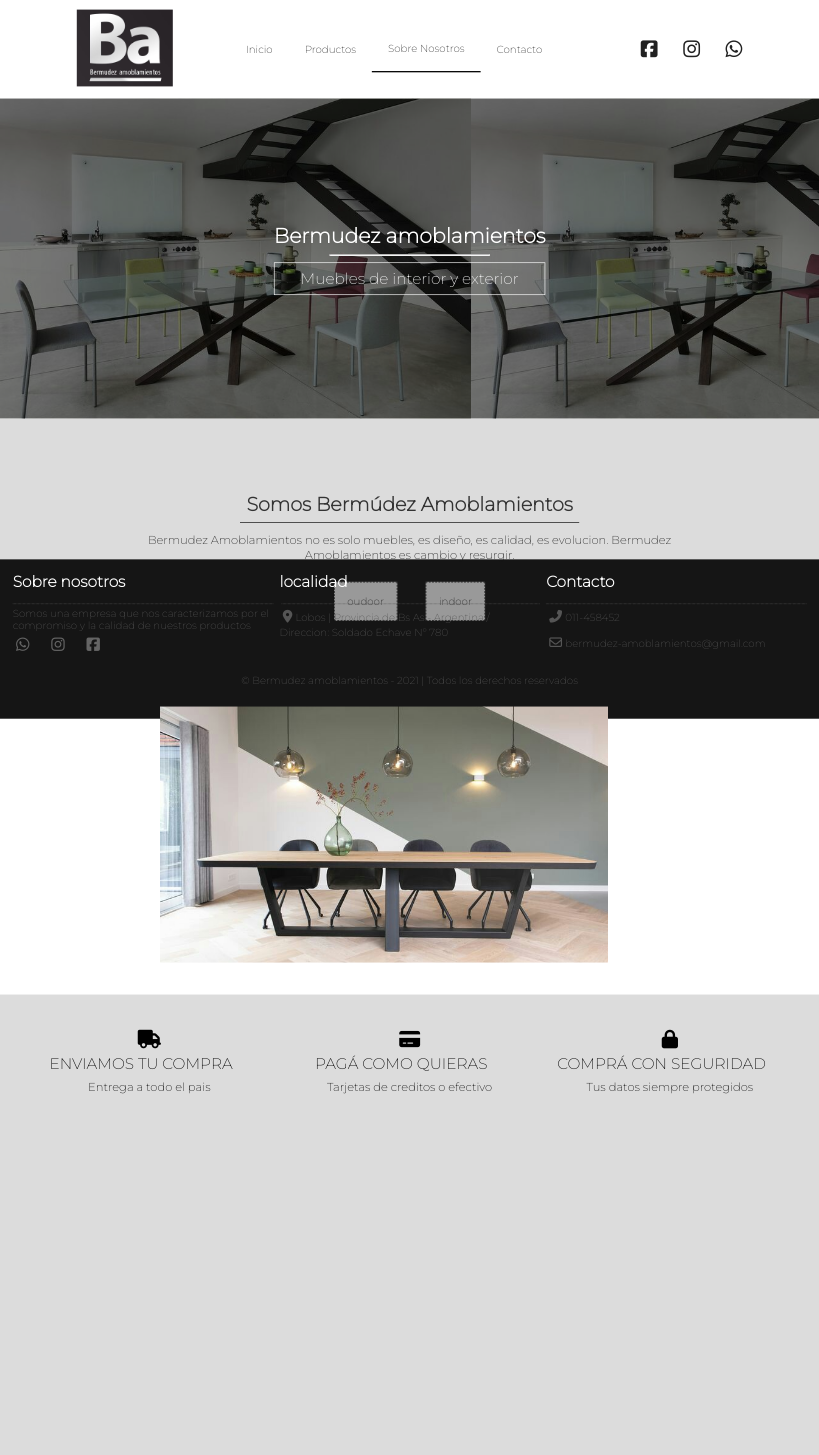
Repository: DamianBermudez94/Bermudez-amoblamientos
Page: index.html
These files come from the project's save history. The page is drawn as it stood at one moment and after the next save; the edit follows.
The browser window is 1280 px wide. The pictures show the whole page, at 64% of full size.
Some web libraries are served in a nearby version.

Above is the page before, as saved 2022-09-22 19:22:48.

After the next save:
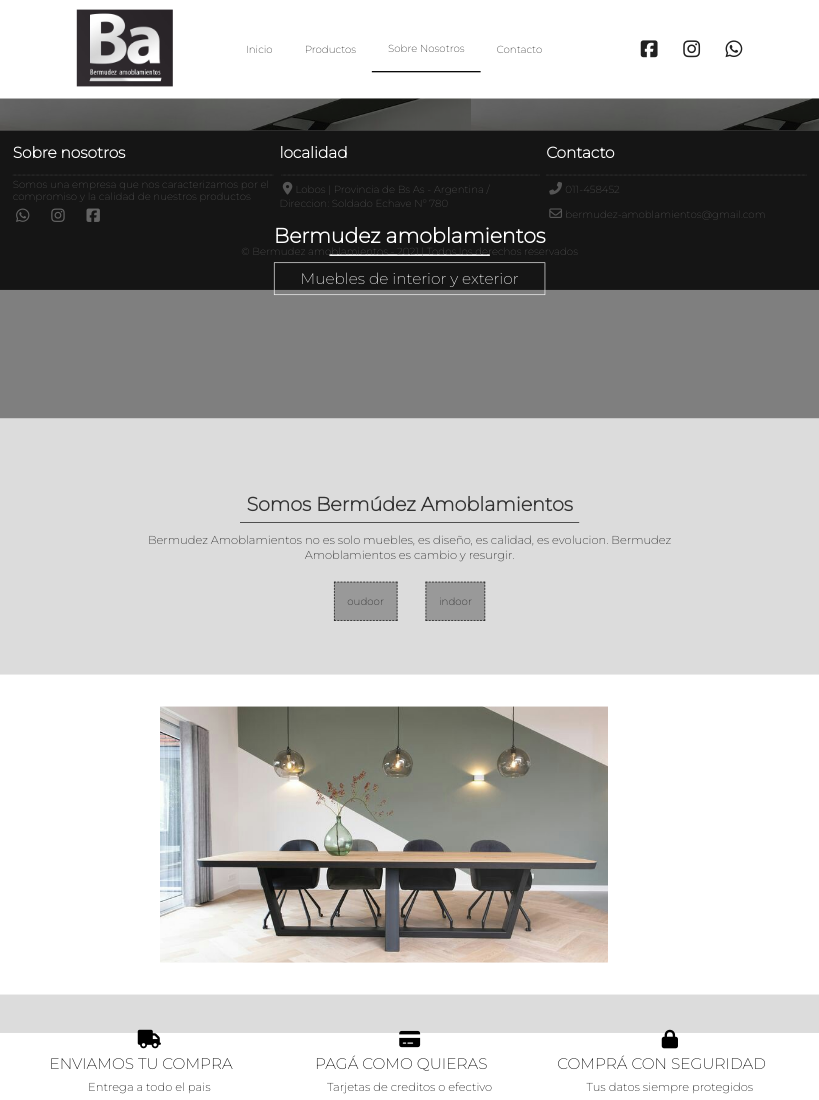
Saved 9 s later.
--- a/index.css
+++ b/index.css
@@ -35,7 +35,7 @@
 }
 main{
   width: 100%;
-  height: 100vh;
+  height: 50px;
   background: url("./indoor/img-indoor/imagenes-indoor/IMG-20210325-WA0038.jpg");
 
 }
